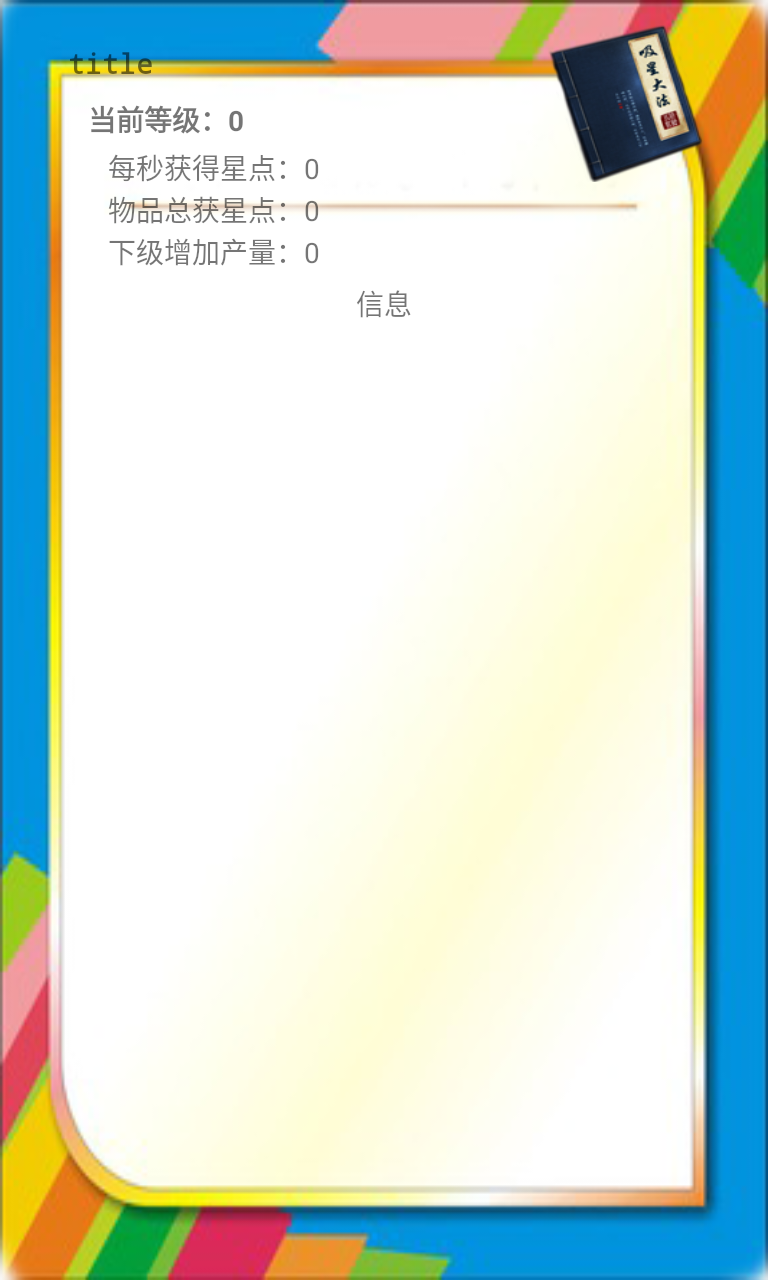
Repository: xianyun2014/StarPoint
Layout: game/res/layout/build_info_view.xml
These files come from the project's save history. The layout is drawn as it stood at one moment and after the next save; the edit follows.
It is drawn on a 768 x 1280 px phone screen (xhdpi) without system bars, with theme AppTheme; the app's code is not run.

Above is the layout before, as saved 2014-11-17 15:39:37.

### game/res/layout/build_info_view.xml
<RelativeLayout xmlns:android="http://schemas.android.com/apk/res/android"
    xmlns:android1="http://schemas.android.com/apk/res/android"
    android1:id="@+id/build_info"
    android1:layout_width="wrap_content"
    android1:layout_height="wrap_content"
    android1:layout_alignParentLeft="true"
    android1:layout_alignParentTop="true"
    android1:layout_alignParentBottom="true"
    android1:layout_alignParentRight="true"
    android1:layout_marginTop="60dp"
    android1:layout_marginRight="10dp"
    android1:layout_marginLeft="10dp"
    android1:layout_marginBottom="150dp">

    <ImageView
        android1:id="@+id/imageView1"
        android1:layout_width="fill_parent"
        android1:layout_height="fill_parent"
        android1:layout_alignParentBottom="true"
        android1:layout_alignParentLeft="true"
        android1:layout_alignParentTop="true"
        android1:scaleType="fitXY"
        android1:src="@drawable/info_build" />

    <TextView
        android1:id="@+id/build_title"
        android1:layout_width="wrap_content"
        android1:layout_height="wrap_content"
        android1:layout_alignParentLeft="true"
        android1:layout_alignParentTop="true"
        android1:layout_below="@layout/build_info_view"
        android1:layout_marginLeft="34dp"
        android1:layout_marginTop="22dp"
        android1:text="title"
        android1:textStyle="bold"
        android1:typeface="monospace" />

    <TableLayout
        android1:id="@+id/TableLayout1"
        android1:layout_width="wrap_content"
        android1:layout_height="wrap_content"
        android1:layout_alignLeft="@+id/build_title"
        android1:layout_below="@+id/textcurlevel"
        android1:layout_marginLeft="20dp"
        android1:layout_marginTop="3dp" >

        <TableRow
            android1:id="@+id/tableRow1"
            android1:layout_width="wrap_content"
            android1:layout_height="wrap_content" >

            <TextView
                android1:id="@+id/textView1"
                android1:layout_width="wrap_content"
                android1:layout_height="wrap_content"
                android1:text="每秒获得星点：" />

            <TextView
                android1:id="@+id/txt_yield_sec"
                android1:layout_width="wrap_content"
                android1:layout_height="wrap_content"
                android1:text="0" />

        </TableRow>

        <TableRow
            android1:id="@+id/tableRow2"
            android1:layout_width="wrap_content"
            android1:layout_height="wrap_content" >

            <TextView
                android1:id="@+id/textView3"
                android1:layout_width="wrap_content"
                android1:layout_height="wrap_content"
                android1:text="物品总获星点：" />

            <TextView
                android1:id="@+id/txt_yield_total"
                android1:layout_width="wrap_content"
                android1:layout_height="wrap_content"
                android1:text="0" />

        </TableRow>

        <TableRow
            android1:id="@+id/tableRow3"
            android1:layout_width="wrap_content"
            android1:layout_height="wrap_content" >

            <TextView
                android1:id="@+id/textView5"
                android1:layout_width="wrap_content"
                android1:layout_height="wrap_content"
                android1:text="下级增加产量：" />

            <TextView
                android1:id="@+id/txt_next_add"
                android1:layout_width="wrap_content"
                android1:layout_height="wrap_content"
                android1:text="0" />
        </TableRow>
    </TableLayout>

    <TextView
        android1:id="@+id/textcurlevel"
        android1:layout_width="wrap_content"
        android1:layout_height="wrap_content"
        android1:layout_alignLeft="@id/build_title"
        android1:layout_below="@+id/build_title"
        android1:layout_marginLeft="10dp"
        android1:layout_marginTop="8dp"
        android1:text="当前等级："
        android1:textStyle="bold" />

    <TextView
        android1:id="@+id/txt_Level"
        android1:layout_width="wrap_content"
        android1:layout_height="wrap_content"
        android1:layout_alignBaseline="@+id/textcurlevel"
        android1:layout_alignBottom="@+id/textcurlevel"
        android1:layout_toRightOf="@+id/textcurlevel"
        android1:text="0"
        android1:textStyle="bold" />

    <TextView
        android1:id="@+id/textView2"
        android1:layout_width="wrap_content"
        android1:layout_height="wrap_content"
        android1:layout_below="@+id/TableLayout1"
        android1:layout_centerHorizontal="true"
        android1:layout_marginTop="5dp"
        android1:text="信息" />

    <ImageView
        android1:id="@+id/imageView2"
        android1:layout_width="80dp"
        android1:layout_height="80dp"
        android1:layout_alignRight="@+id/imageView1"
        android1:layout_alignTop="@+id/imageView1"
        android1:layout_marginRight="31dp"
        android1:layout_marginTop="11dp"
        android1:scaleType="fitXY"
        android1:src="@drawable/jz_xzdf" />

</RelativeLayout>

Loaded but not shown: game/res/values/styles.xml (common file); game/res/values-v11/styles.xml (common file); game/res/values-v14/styles.xml (common file)

After the next save:
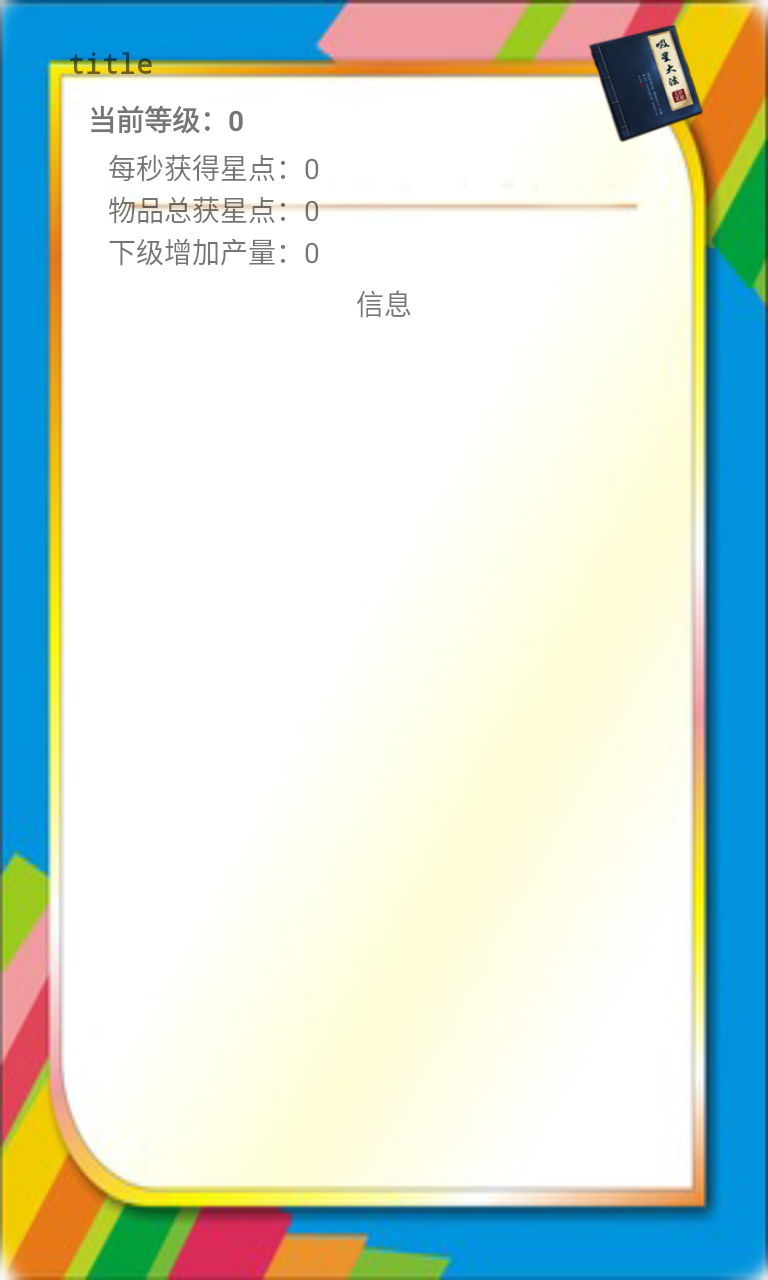
Saved 18 s later.
--- a/game/res/layout/build_info_view.xml
+++ b/game/res/layout/build_info_view.xml
@@ -133,8 +133,8 @@
 
     <ImageView
         android1:id="@+id/imageView2"
-        android1:layout_width="80dp"
-        android1:layout_height="80dp"
+        android1:layout_width="60dp"
+        android1:layout_height="60dp"
         android1:layout_alignRight="@+id/imageView1"
         android1:layout_alignTop="@+id/imageView1"
         android1:layout_marginRight="31dp"
